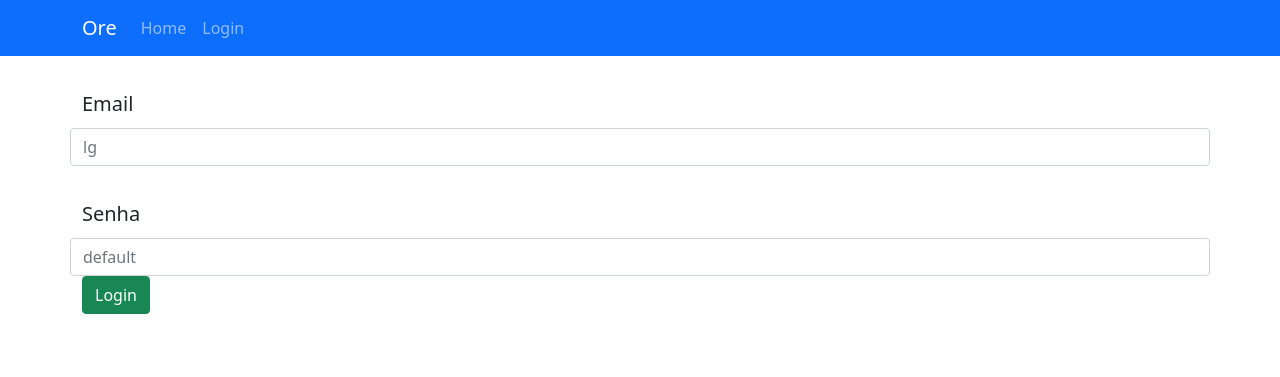
Repository: thf4/React-Front
Page: /login
An editor plug-in stored every save of this project. The page is shown before and after the next save, followed by the edit.
The browser window is 1280 px wide. The pictures show the whole page.
The project was rebuilt for these pictures with package versions that can differ from the ones it lists, and the page was loaded fresh each time. Also part of the build but not shown: src/config/index.js, src/pages/Home/index.js, src/pages/Vizualizar/index.js, src/config/cadastrar.js, src/pages/Cadastrar/index.js, src/pages/Editar/index.js, src/pages/HomePage/index.js.

Above is the page before, as saved 2021-05-07 16:00:09.

After the next save:
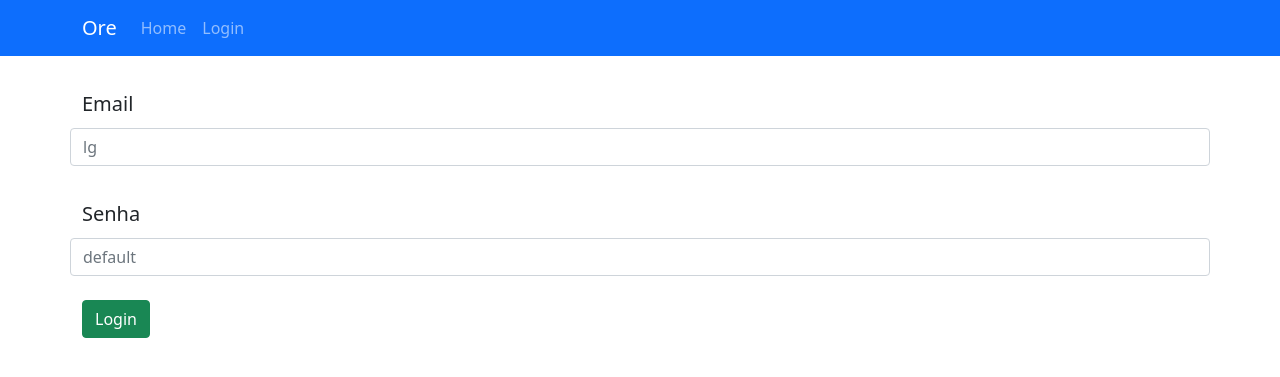
Saved 5 s later.
--- a/src/pages/Login/index.js
+++ b/src/pages/Login/index.js
@@ -22,7 +22,7 @@ export const Login = (props) => {
             placeholder="default"
           />
         </FormGroup>
-        <Button className="btn btn-success " > Login </Button>
+        <Button className="btn btn-success mt-4" > Login </Button>
         </Container>
       </Form>
 
